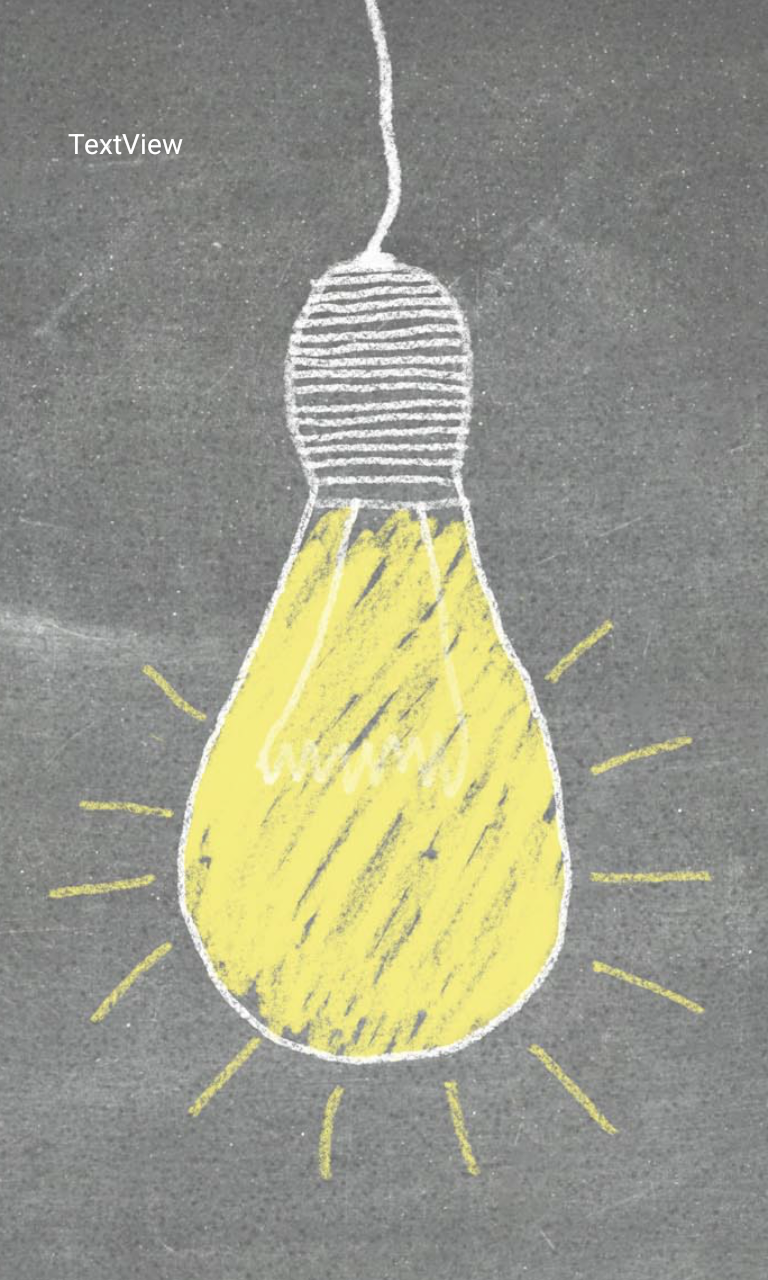
Repository: arp122/Gravitas-2014-Attendace
Layout: OrganisationGravitas/myworkspace/MusicTrivia/res/layout/activity_main.xml
An editor plug-in stored every save of this project. The layout is shown before and after the next save, followed by the edit.
It is drawn on a 768 x 1280 px phone screen (xhdpi) without system bars, with theme AppTheme; the app's code is not run.

Above is the layout before, as saved 2014-09-20 16:42:13.

### OrganisationGravitas/myworkspace/MusicTrivia/res/layout/activity_main.xml
<RelativeLayout xmlns:android="http://schemas.android.com/apk/res/android"
    xmlns:tools="http://schemas.android.com/tools"
    android:layout_width="match_parent"
    android:layout_height="match_parent"
    android:paddingBottom="@dimen/activity_vertical_margin"
    android:paddingLeft="@dimen/activity_horizontal_margin"
    android:paddingRight="@dimen/activity_horizontal_margin"
    android:paddingTop="@dimen/activity_vertical_margin"
    android:background="@drawable/background_gravitas"
    tools:context=".MainActivity" >

    <TextView
        android:id="@+id/textView1"
        android:layout_width="fill_parent"
        android:layout_height="wrap_content"
        android:layout_alignParentLeft="true"
        android:layout_alignParentTop="true"
        android:layout_marginLeft="18dp"
        android:layout_marginTop="46dp"
        android:textColor="#ffffff"
        android:text="TextView" />

</RelativeLayout>

Loaded but not shown: OrganisationGravitas/myworkspace/MusicTrivia/res/values/styles.xml (common file); OrganisationGravitas/myworkspace/MusicTrivia/res/values-v11/styles.xml (common file); OrganisationGravitas/myworkspace/MusicTrivia/res/values-v14/styles.xml (common file); OrganisationGravitas/myworkspace/MusicTrivia/res/values/dimens.xml (common file)

After the next save:
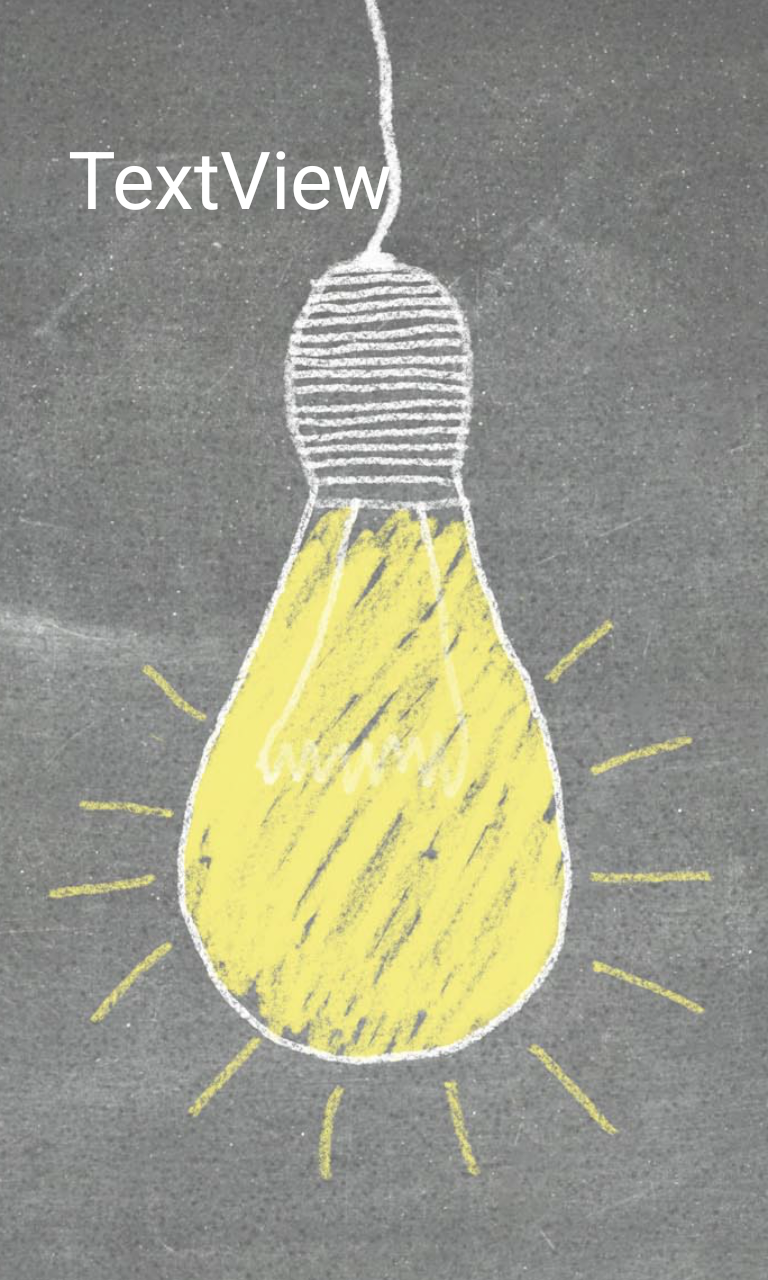
Saved 29 s later.
--- a/OrganisationGravitas/myworkspace/MusicTrivia/res/layout/activity_main.xml
+++ b/OrganisationGravitas/myworkspace/MusicTrivia/res/layout/activity_main.xml
@@ -18,6 +18,7 @@
         android:layout_marginLeft="18dp"
         android:layout_marginTop="46dp"
         android:textColor="#ffffff"
+        android:textSize="40dp"
         android:text="TextView" />
 
 </RelativeLayout>
